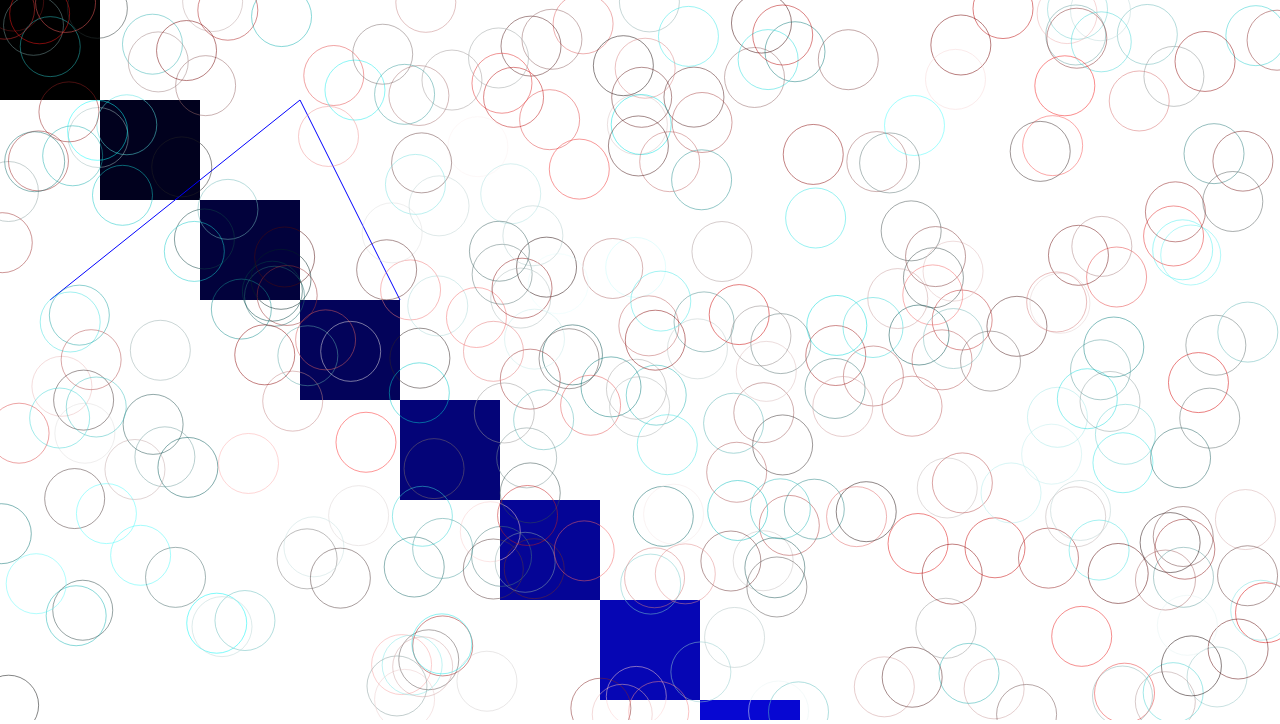
Repository: MikeTroianello/canvas-testing
Page: index.html
These files come from the project's save history. The page is drawn as it stood at one moment and after the next save; the edit follows.
The browser window is 1280 px wide. The pictures show the whole page.

Above is the page before, as saved 2019-06-05 12:42:42.

After the next save:
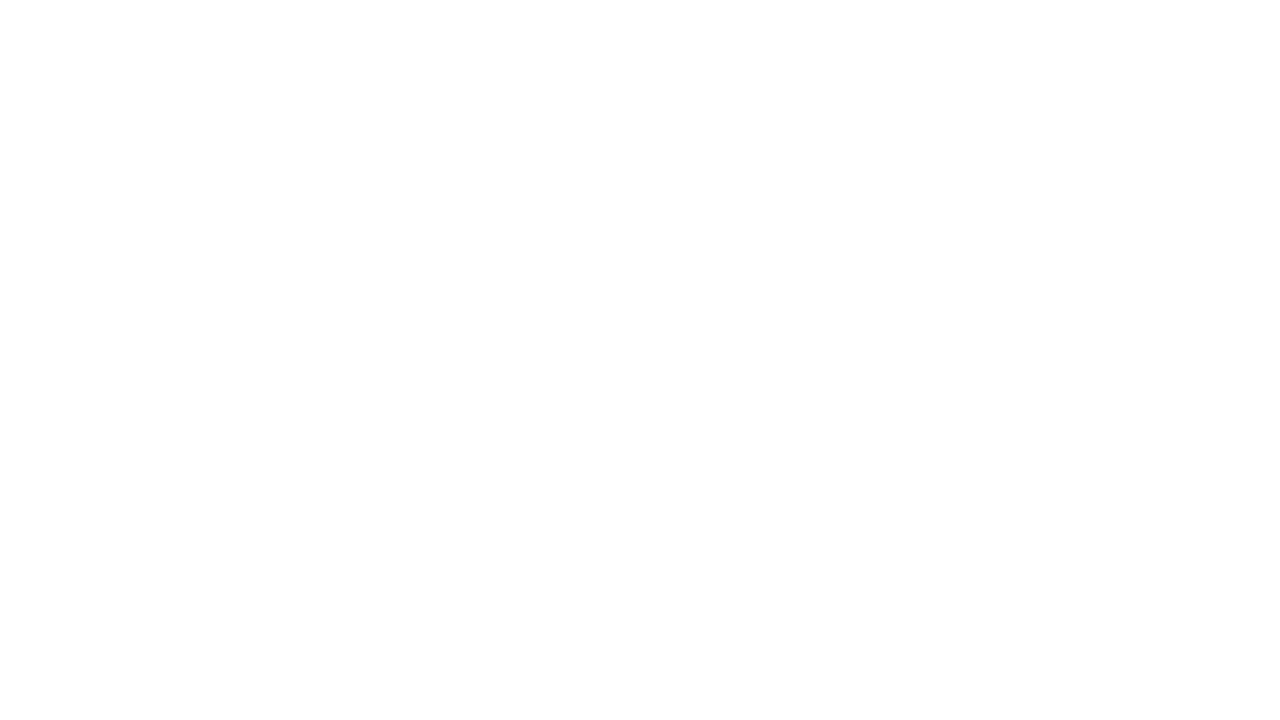
Console error (its wording comes from the project's code and is left out).
Saved 25 s later.
--- a/canvas.js
+++ b/canvas.js
@@ -32,6 +32,6 @@
   var r = Math.floor(Math.random() * 255);
   ctx.beginPath();
   ctx.arc(x, y, 30, 0, Math.PI * 2, false);
-  ctx.strokeStyle = `rgba(${Math.floor(Math.random() * 255)},${r},${r}, 0.5)`;
+  ctx.strokeStyle = `rgba(${Math.floor(Math.random() * 255)},${Math.floor(Math.random() * 255)},${Math.floor(Math.random() * 255)}, ${Math.random() * 1)}`;
   ctx.stroke();
 }

After the save that followed:
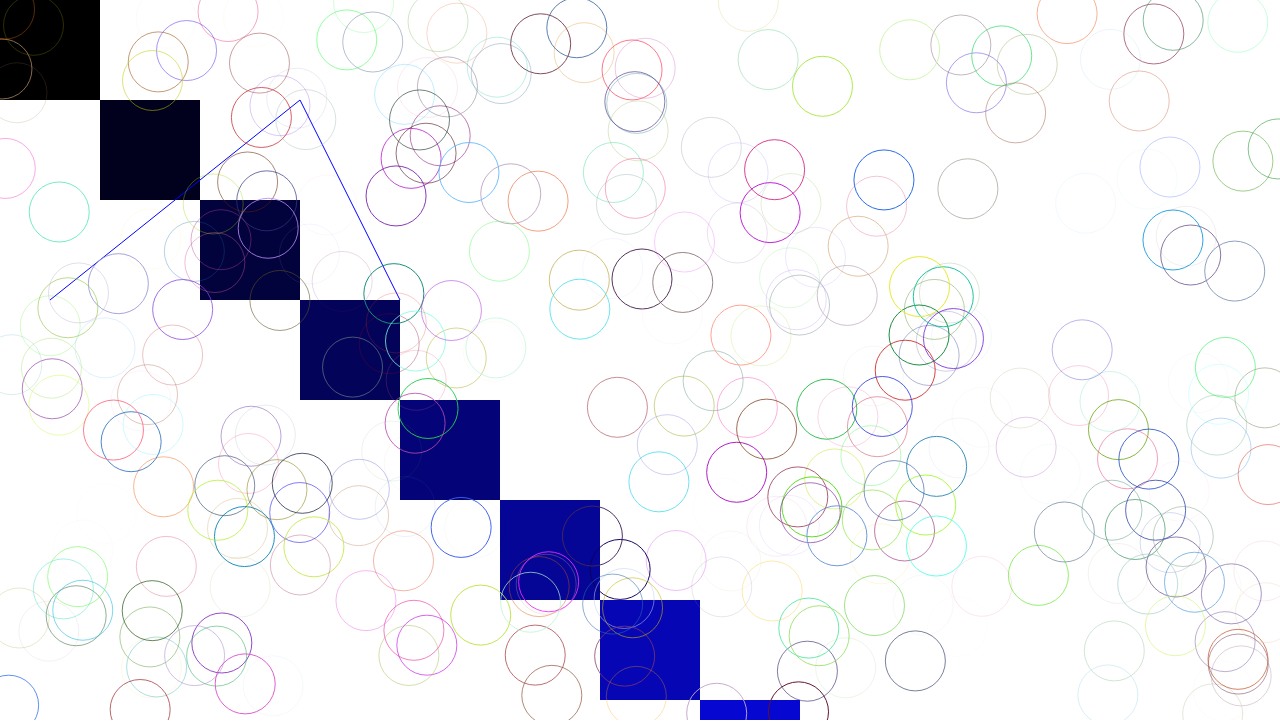
The error is gone.
Saved 8 s later.
--- a/canvas.js
+++ b/canvas.js
@@ -32,6 +32,8 @@
   var r = Math.floor(Math.random() * 255);
   ctx.beginPath();
   ctx.arc(x, y, 30, 0, Math.PI * 2, false);
-  ctx.strokeStyle = `rgba(${Math.floor(Math.random() * 255)},${Math.floor(Math.random() * 255)},${Math.floor(Math.random() * 255)}, ${Math.random() * 1)}`;
+  ctx.strokeStyle = `rgba(${Math.floor(Math.random() * 255)},${Math.floor(
+    Math.random() * 255
+  )},${Math.floor(Math.random() * 255)}, ${Math.random() * 1}`;
   ctx.stroke();
 }
